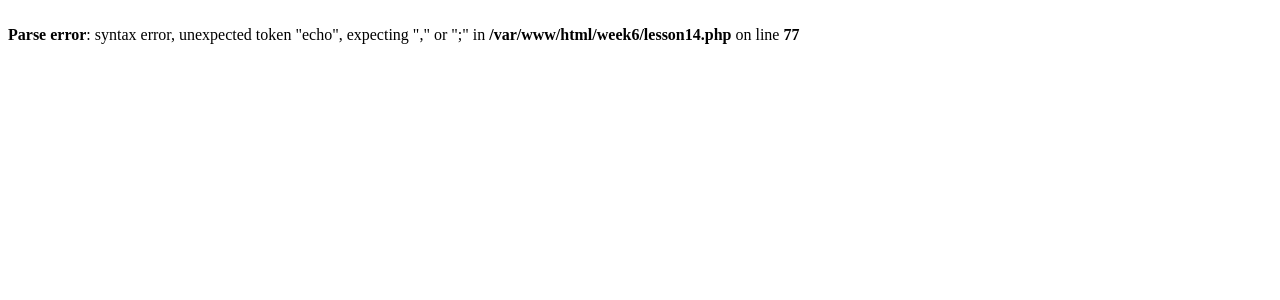
Repository: MarianCurtis/PHP-week3
Page: http://localhost/week6/lesson14.php
These files come from the project's save history. The page is drawn as it stood at one moment and after the next save; the edit follows.
The browser window is 1280 px wide. The pictures show the whole page.
The page is run by PHP 8.4 with error messages shown; the project is at /var/www/html/. Queries for data that is not in the repository find no rows.

Above is the page before, as saved 2023-03-19 16:25:16.

### week6/lesson14.php
<?php
    $hostname = "php-mysql-exercisedb.slccwebdev.com";
    $username = "phpmysqlexercise";
    $password = "mysqlexercise";
    $databasename = "php_mysql_exercisedb";

    try {
        //Create new PDO Object with connection parameters
        $conn = new PDO("mysql:host=$hostname;dbname=$databasename",$username, $password);

        //Set PDO error mode to exception
        $conn->setAttribute(PDO::ATTR_ERRMODE, PDO::ERRMODE_EXCEPTION);

        //Variable containing SQL command
        $sql = "SELECT * FROM mc_sp23_Contacts;";

        //Prepare SQL statement on server
        $stmt = $conn->prepare($sql);

        //Execute SQL statement on server
        $return = $conn->query($sql);




    } catch (PDOException $error) {

        //Return error code if one is created
        echo "Execution error: <br>" . $sql . "<br>" . $error->getMessage();
    }

    $conn = null;
?>

<!DOCTYPE html>
<html lang="en">
  <head>
    <meta charset="UTF-8">
    <meta http-equiv="X-UA-Compatible" content="IE-edge">
    <meta name="viewpoint" content="width=device-width, initial-scale=1.0">
    <!-- Adding Boostrap -->
    <link href="https://cdn.jsdelivr.net/npm/bootstrap@5.2.3/dist/css/bootstrap.min.css" rel="stylesheet"
    integrity="sha384-rbsA2VBKQhggwzxH7pPCaAqO46MgnOM80zW1RWuH61DGLwZJEdK2Kadq2F9CUG65" crossorigin="anonymous">

    <!-- JavaScript Bundle with Popper -->
    <script src="https://cdn.jsdelivr.net/npm/bootstrap@5.2.3/dist/js/bootstrap.bundle.min.js"
    integrity="sha384-kenU1KFdBIe4zVF0s0G1M5b4hcpxyD9F7jL+jjXkk+Q2h455rYXK/7HAuoJl+0I4"
    crossorigin="anonymous"></script>
    <title>Data Table</title>
   </head>
   <body>
    <!-- Table Section-->
    <section id="table">
      <div class="container">
        <div class="row">
          <div class="col">
            <h2>The data currently in the database is:</h2>

            <!--Table-->
            <table class="table" od="dataTable">
              <thead>
                <try>
                  <th scope="col">ID</th>
                  <th scope="col">Name</th>
                  <th scope="col">Email</th>
                  <th scope="col">Contact Back</th>
                  <th scope="col">Comments</th>
                  <th scope="col">Date Sent</th>
                </try>
              </thead>
              <tbody>
                <?php
                 //Print returned data to the screen
                  echo "<b>The data currently in the database: </b><br>\n";
                  foreach ($stmt->fetchAll() as $row) {
                  echo "<tr>"
                  echo "<td>" . $row['contactID'] . "</td>";
                  echo "<td>" . $row['name'] . "</td>";
                  echo "<td>" . $row['email'] . "</td>";
                  echo "<td>" . $row['contactBack'] . "</td>";
                  echo "<td>" . $row['comments'] . "</td>";
                  echo "<td>" . $row['dateSent'] . "</td>";
                }
                ?>
              </tbody>

            </table>
          </div>
        </div>
      </div>
    </section>
   </body>
</html>

After the next save:
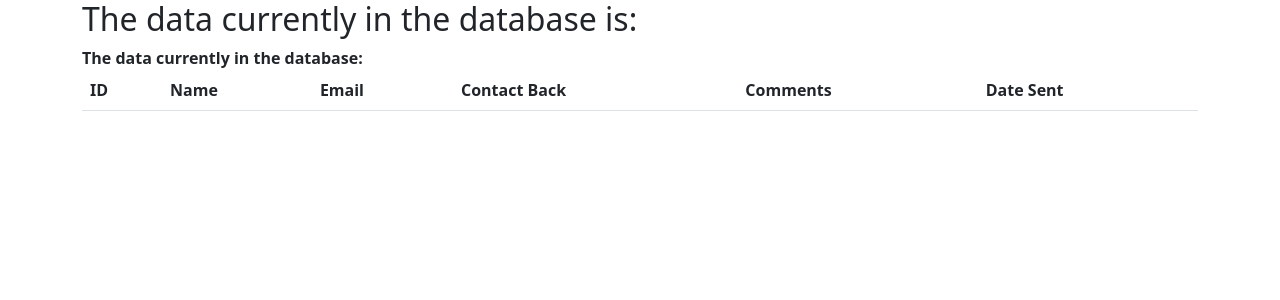
Saved 18 s later.
--- a/week6/lesson14.php
+++ b/week6/lesson14.php
@@ -73,7 +73,7 @@
                  //Print returned data to the screen
                   echo "<b>The data currently in the database: </b><br>\n";
                   foreach ($stmt->fetchAll() as $row) {
-                  echo "<tr>"
+                  echo "<tr>";
                   echo "<td>" . $row['contactID'] . "</td>";
                   echo "<td>" . $row['name'] . "</td>";
                   echo "<td>" . $row['email'] . "</td>";
